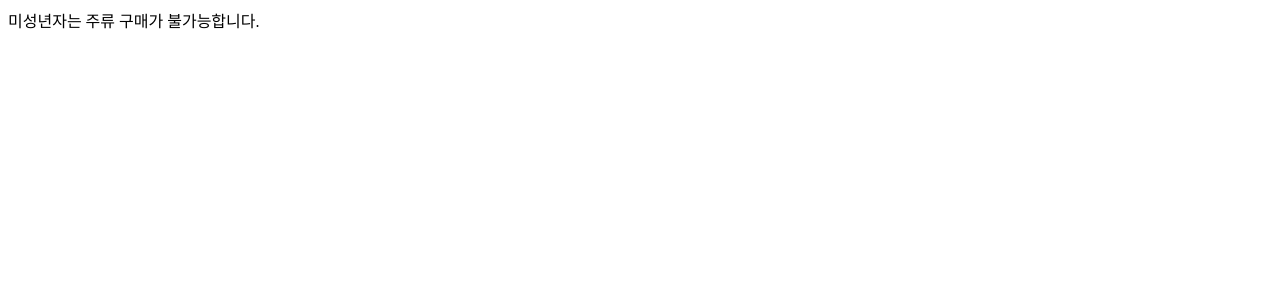
Repository: HeeMang28/jsp
Page: http://localhost/JSPBasic/jspobject/response/res_kds.jsp
An editor plug-in stored every save of this project. The page is shown before and after the next save, followed by the edit.
The browser window is 1280 px wide. The pictures show the whole page.
The page is served by Tomcat 9.

Above is the page before, as saved 2022-03-28 09:24:32.

After the next save:
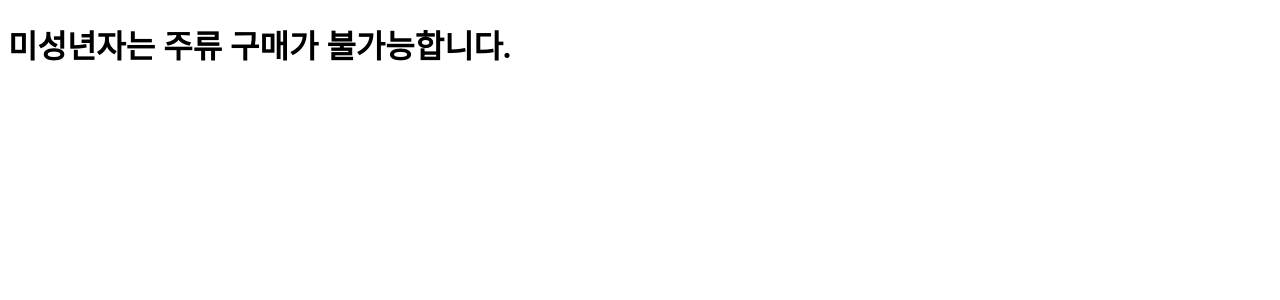
Saved 25 s later.
--- a/JSPBasic/src/main/webapp/jspobject/response/res_kds.jsp
+++ b/JSPBasic/src/main/webapp/jspobject/response/res_kds.jsp
@@ -7,6 +7,6 @@
 <title>Insert title here</title>
 </head>
 <body>
-	미성년자는 주류 구매가 불가능합니다. <br/>
+	<h1>미성년자는 주류 구매가 불가능합니다. </h1><br/>
 </body>
 </html>
